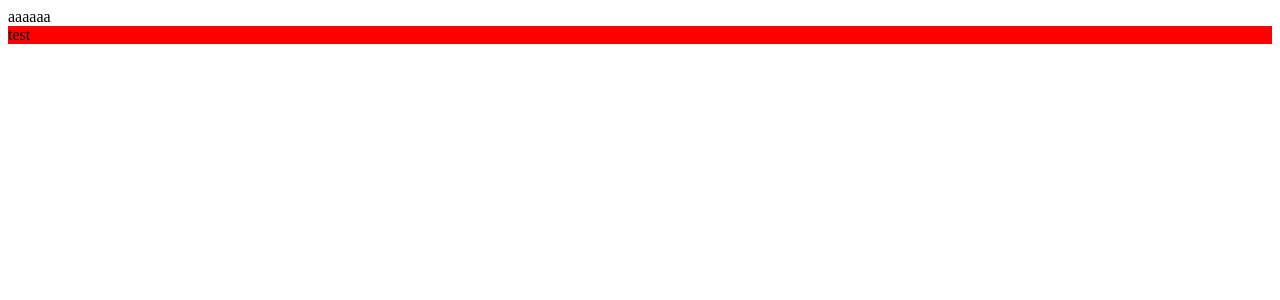
Repository: naoko0513/sneakers
Page: test.html
The author's editor kept a record of every edit. The page is drawn from the files as they stood at one moment, then again after the next edit.
The browser window is 1280 px wide. The pictures show the whole page.
After loading, the first visible `div.burger-btn` was clicked once.
Some web libraries are served in a nearby version.

Above is the page before.

### test.html
<!DOCTYPE html>
<html lang="ja">
<head>
    <meta charset="UTF-8">
    <meta http-equiv="X-UA-Compatible" content="IE=edge">
    <meta name="viewport" content="width=device-width, initial-scale=1.0">
    <title>Document</title>
    <style type="text/css">
        .burger-btn {
            background-color: red;
        }

        .open
    </style>
</head>
<body>
    <header class="test">
        aaaaaa
        <div class="burger-btn">test</div>
        <div class="mask"></div>
    </header>

    <script type="text/javascript" src="//code.jquery.com/jquery-1.11.0.min.js"></script>
    <script type="text/javascript" src="//code.jquery.com/jquery-migrate-1.2.1.min.js"></script>
    <script>
        $('.burger-btn').on('click',function(){
            $('.test').toggleClass('open');
        });
    </script>
</body>
</html>

After the next edit:
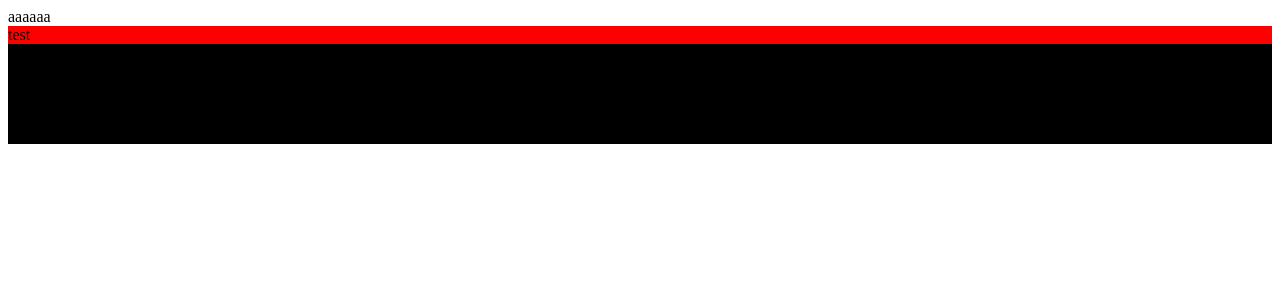
The edit:
--- a/test.html
+++ b/test.html
@@ -10,7 +10,14 @@
             background-color: red;
         }
 
-        .open
+        .mask {
+            transition: all .5s;
+        }
+
+        .open .mask {
+            background: #000;
+            height: 100px;
+        }
     </style>
 </head>
 <body>
